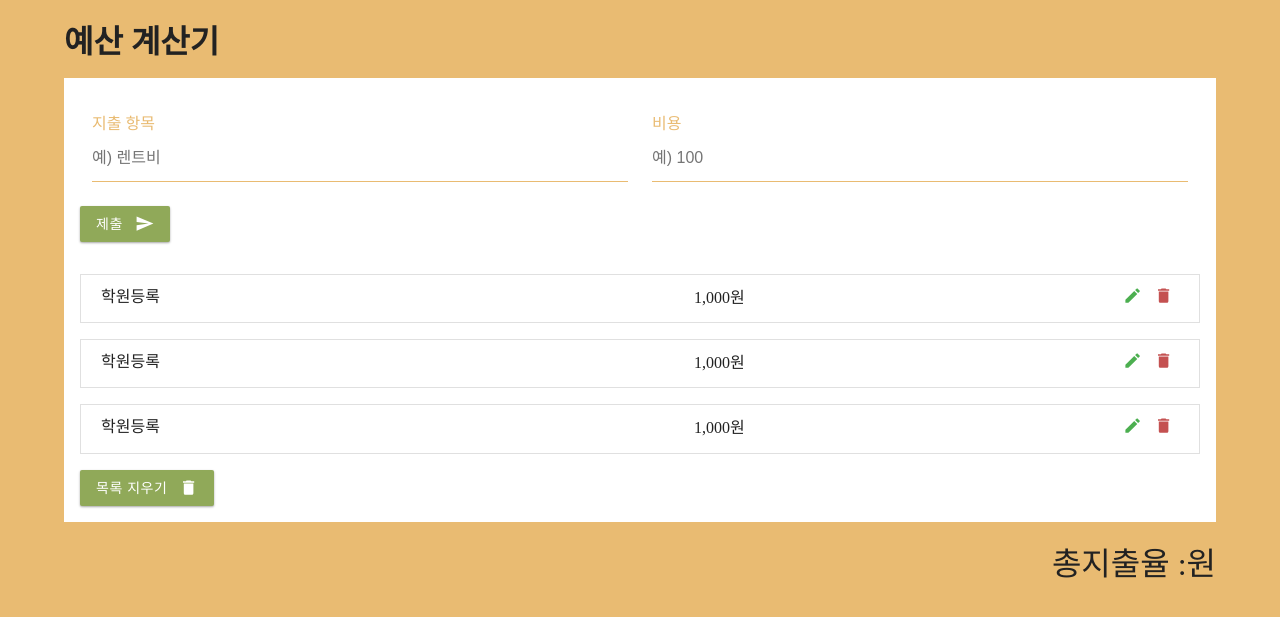
Repository: jongheonleee/budget_calculator
Page: /
These files come from the project's save history. The page is drawn as it stood at one moment and after the next save; the edit follows.
The browser window is 1280 px wide. The pictures show the whole page.
The project was rebuilt for these pictures with package versions that can differ from the ones it lists, and the page was loaded fresh each time.

Above is the page before, as saved 2025-02-08 13:27:36.

### src/index.css
:root {
  --primaryColor : #90A959;
  --secondColor : #e9bb72;
  --mainWhite : #fff;
  --mainBlack : #222;
  --mainRed : #C45151;
  --mainGreen : #4CAF50;
}

* {
  margin: 0;
  box-sizing: border-box;
}

body {
  background: var(--secondColor);
  color: var(--mainBlack);
}

h1 {
  margin: 1rem 0;
}

.btn {
  text-decoration: none;
  color : var(--mainWhite);
  background-color: var(--primaryColor);
  text-align: center;
  letter-spacing: 0.5px;
  font-size: 14px;
  outline: 0;
  border : none;
  border-radius: 2px;
  display: block;
  height: 36px;
  line-height: 36px;
  padding: 0 16px;
  cursor : pointer;
  box-shadow : 0 1px 3px rgba(0, 0, 0, 0.12), 0 1px 2px rgba(0, 0, 0, 0.24);
  transition: all 0.3s linear;
  display: flex;
  align-items: center;
}

.btn:hover {
  box-shadow : 0 14px 28px rgba(0, 0, 0, 0.25), 0 10px 10px rgba(0, 0, 0, 0.22);
}

.btn-icon {
  margin-left: 0.75rem;
  font-size : 1.2rem;
}

### src/App.js
import { Component } from "react";
import "./App.css";
import ExpenseForm from "./components/ExpenseForm";
import ExpenseList from "./components/ExpenseList";

class App extends Component {

  initialExpenses = [
    { id : 1, charge : '렌트비', amount : 1600},
    { id : 2, charge : '교통비', amount : 3500},
    { id : 3, charge : '식비', amount : 4500}
  ];

  render() {
    return (
      <main className="main-container">
        <h1>예산 계산기</h1>

        {/* 작성 영역 */}
        <div style={{ width:'100%', backgroundColor : 'white', padding: '1rem'}}>
          <ExpenseForm />
        </div>

        {/* 리스트 영역 */}
        <div style={{ width:'100%', backgroundColor : 'white', padding: '1rem'}}>
          <ExpenseList initialExpenses={this.initialExpenses} />
        </div>

        <div style={{ display : 'flex', justifyContent: 'end', marginTop: '1rem'}}>
          <p style={{ fontSize : '2rem'}}>
            총지출율 :
            <span>원</span>
          </p>
        </div>
      </main>
    )
  }
}

export default App;

### src/components/ExpenseForm.js
import React, { Component } from 'react'
import './ExpenseForm.css';
import { MdSend } from'react-icons/md';

export class ExpenseForm extends Component {

    render() {
        return (
        <form>
            <div>
                <div className='form-center'>
                    <div className='form-group'>
                        <label htmlFor='charge'> 지출 항목 </label>
                        <input
                            type='text'
                            className='form-control'
                            id='charge'
                            name='charge'
                            placeholder='예) 렌트비'
                        />
                    </div>
                    <div className='form-group'>
                        <label htmlFor='amount'> 비용 </label>
                        <input
                            type='number'
                            className='form-control'
                            id='amount'
                            name='amount'
                            placeholder='예) 100'
                        />

                    </div>
                </div>
            </div>

            <button tpye='submit' className='btn'>
                제출
                <MdSend className='btn-icon'/>
            </button>
        </form>
    )
  }
}

export default ExpenseForm

### src/components/ExpenseList.js
import React, { Component } from 'react'
import './ExpenseList.css'
import ExpenseItem from './ExpenseItem'
import { MdDelete } from 'react-icons/md'

export class ExpenseList extends Component {

  render() {

    console.log(this.props.initialExpenses);

    return (
      <>
        <ul className='list'>
            {/* Expense Item */}
            {this.props.initialExpenses.map(expense => {
                return (
                  <ExpenseItem expense={{expense}} />
                )
            })}
        </ul>
        <button className='btn'>
            목록 지우기
            <MdDelete className='btn-icon'/>
        </button>
      </>
    )
  }
}

export default ExpenseList

### src/components/ExpenseForm.css
.form-center {
    display: flex;
}

.form-group {
    padding : 1rem 0.75rem;
    flex : 1;
}

label {
    display: block;
    color : var(--secondColor);
    font-size : 1rem;
    text-transform: capitalize;
}

.form-control {
    background-color: transparent;
    border: none;
    border-bottom: 1px solid var(--secondColor);
    outline: none;
    height: 3rem;
    width: 100%;
    font-size : 16px;
    margin: 0 0 8px 0;
    padding : 0;
}

### src/components/ExpenseList.css
.list {
    list-style-type: none;
    border : none;
    padding: 0;
}

### src/components/ExpenseItem.js
import React, { Component } from 'react'
import './ExpenseItem.css';
import { MdEdit, MdDelete } from'react-icons/md';

export class ExpenseItem extends Component {
  render() {
    return (
      <li className='item'>
        <div className='info'>
          <span className='expense'>학원등록</span>
          <span className='amount'> 1,000원 </span>
        </div>

        <div>
          <button className='edit-btn'><MdEdit/></button>
          <button className='clear-btn'><MdDelete /></button>
        </div>
      </li>
    )
  }
}

export default ExpenseItem

### src/components/ExpenseItem.css
.item {
    background-color: var(--mainWhite);
    line-height: 1.5rem;
    padding: 10px 20px;
    margin-bottom: 1rem;
    border : 1px solid #e0e0e0;
    display: flex;
    justify-content: space-between;
    transition:all 0.3s linear;
}

.item:hover {
    width: 100%;
    transform: scale(1.02);
}

.info {
    flex : 0 0 60%;
    display: flex;
    justify-content: space-between;
}

.expense {
    margin-right: 2rem;
}

.amount {
    font-weight: 300;
    font-size : 1rem;
    padding : 1px 3px;
}

.clear-btn,
.edit-btn {
    background: none;
    border: none;
    font-size : 1.2rem;
    outline: none;
    cursor: pointer;
}

.clear-btn {
    color : var(--mainRed);
}

.edit-btn {
    color : var(--mainGreen);
}

Loaded but not shown: public/index.html (common file); src/index.js (common file); src/reportWebVitals.js (common file); src/App.css (common file)

After the next save:
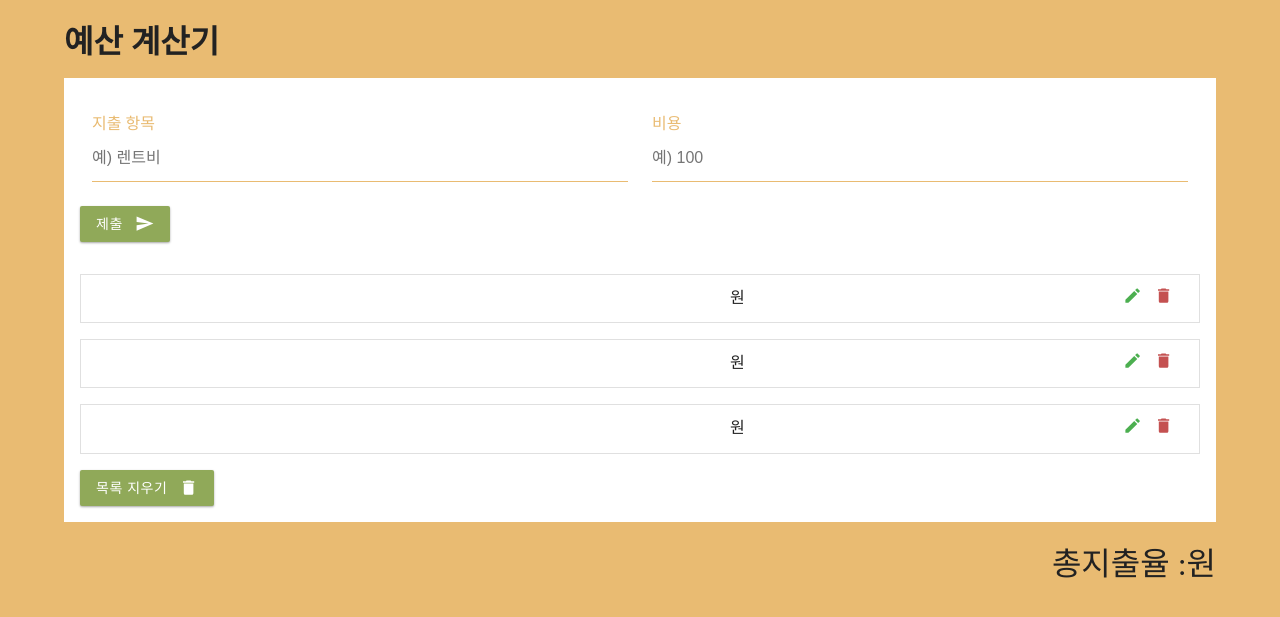
Saved 51 s later.
--- a/src/components/ExpenseItem.js
+++ b/src/components/ExpenseItem.js
@@ -7,8 +7,8 @@ export class ExpenseItem extends Component {
     return (
       <li className='item'>
         <div className='info'>
-          <span className='expense'>학원등록</span>
-          <span className='amount'> 1,000원 </span>
+          <span className='expense'>{this.props.expense.charge}</span>
+          <span className='amount'> {this.props.expense.amount} 원 </span>
         </div>
 
         <div>
